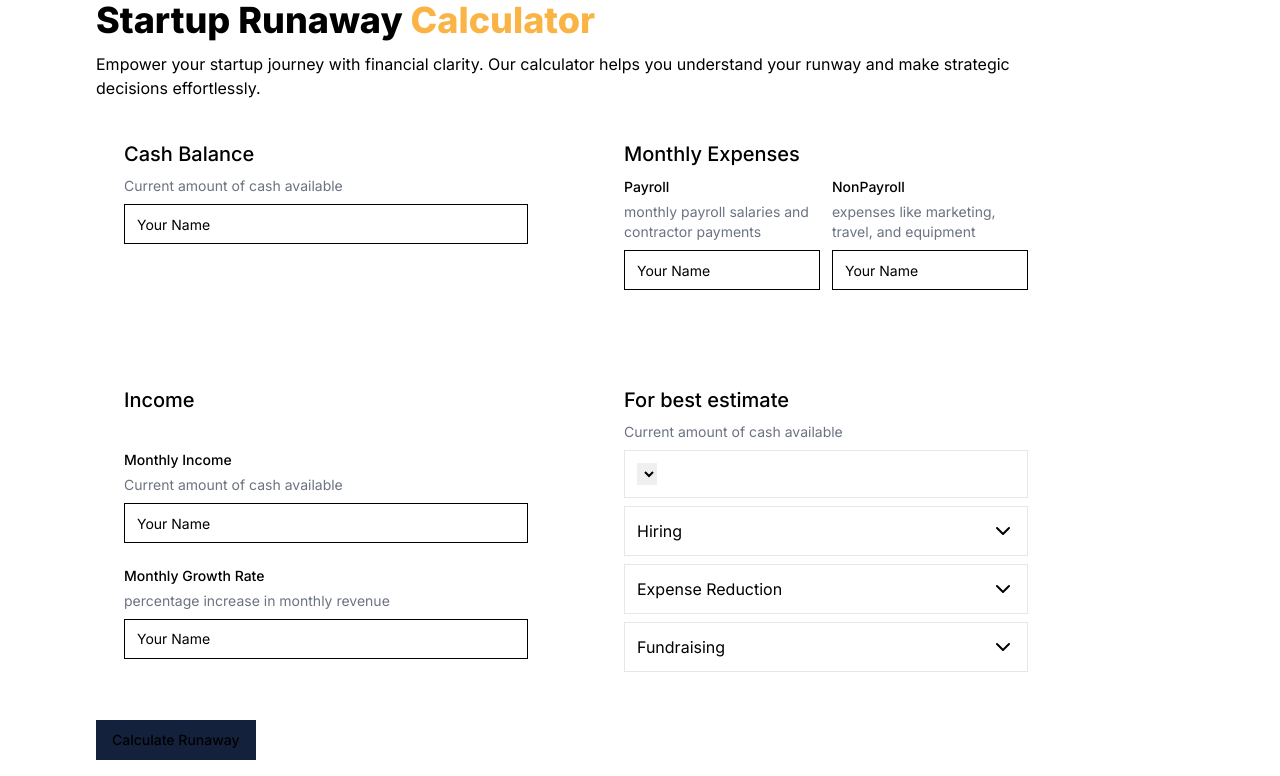
Repository: wossenF/startup-runaway-calculator
Page: /
An editor plug-in stored every save of this project. The page is shown before and after a run of saves, followed by the edit.
The browser window is 1280 px wide. The pictures show the whole page.
The project was rebuilt for these pictures with package versions that can differ from the ones it lists, and the page was loaded fresh each time. The framework's server and built-in components were replaced by stand-ins that run in the browser. Also part of the build but not shown: next.config.mjs.

Above is the page before, as saved 2024-04-08 13:40:46.

After the next 4 saves:
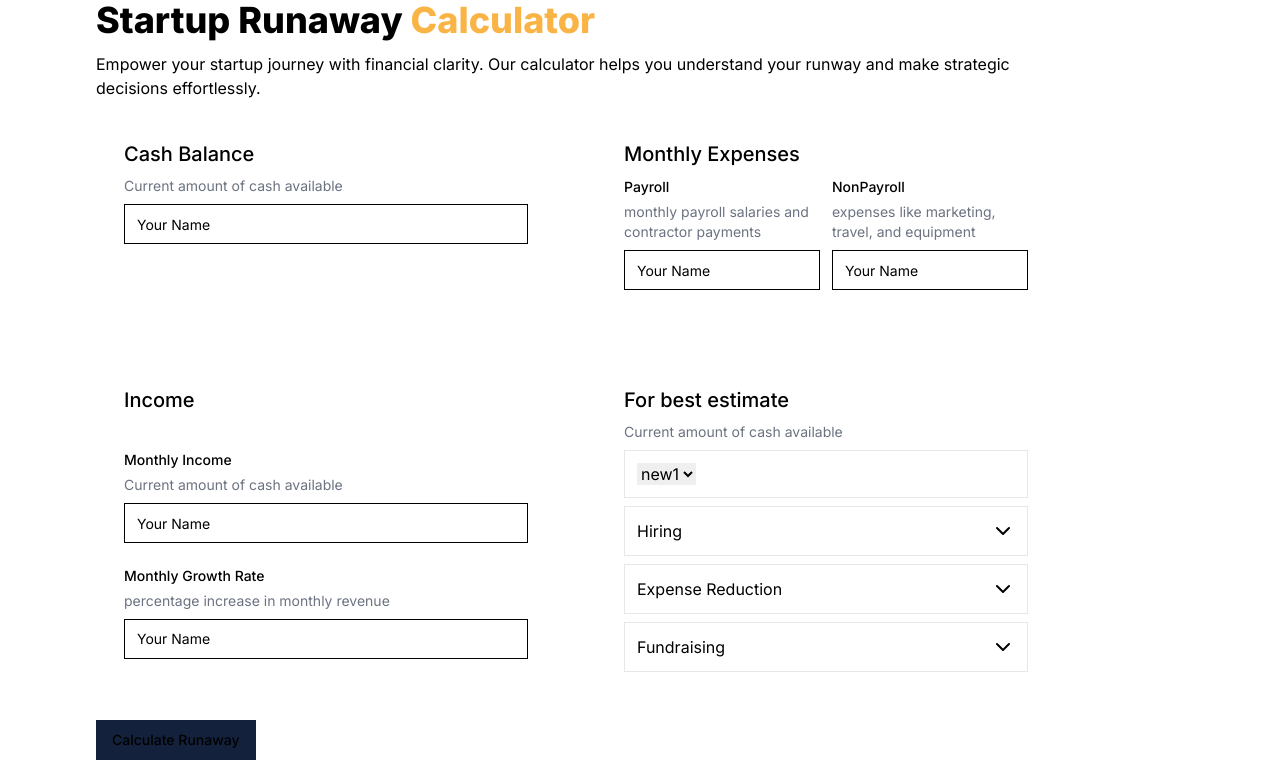
The 4 saves are shown as one change because they came seconds apart.
The last was saved 31 s later.
--- a/src/components/UserInput.tsx
+++ b/src/components/UserInput.tsx
@@ -73,7 +73,7 @@ const UserInput = () => {
           </p>
           <div className="flex justify-between p-3 gap-20 border rounded-md">
             <select name="" id="">
-              options
+              <option>new1</option>
             </select>
           </div>
           <div className="flex justify-between p-3 gap-20 border rounded-md  ">
